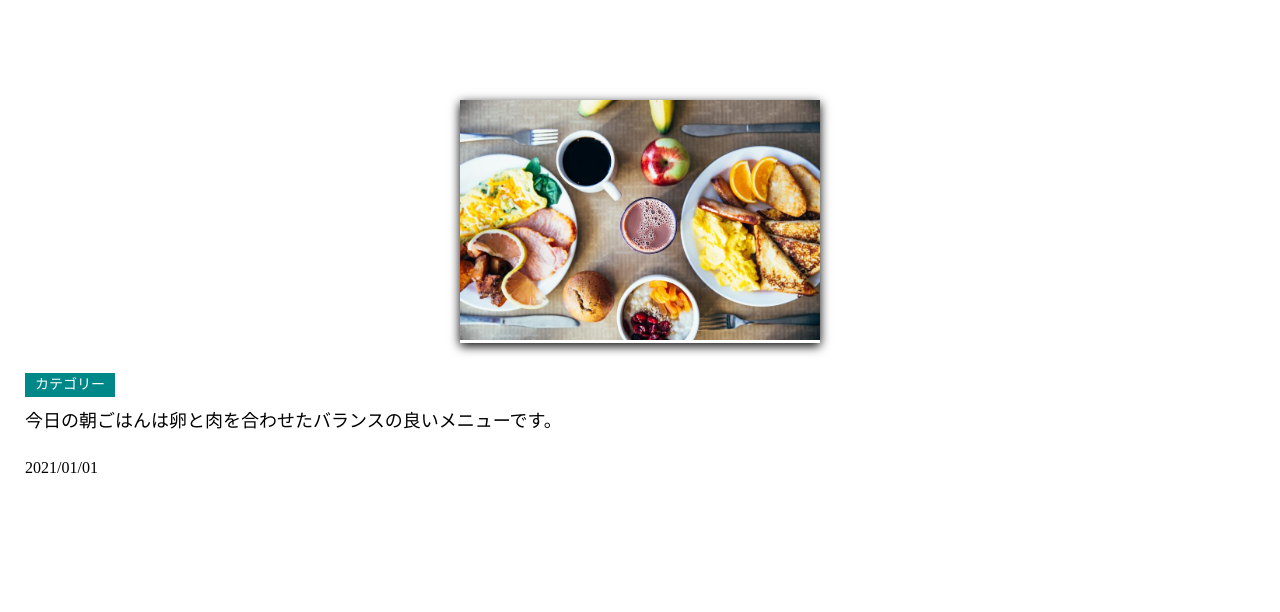
Repository: yosuke257/20231104_watanabe_css
Page: coachtech/html-css/index.html
An editor plug-in stored every save of this project. The page is shown before and after the next save, followed by the edit.
The browser window is 1280 px wide. The pictures show the whole page.

Above is the page before, as saved 2023-10-23 00:33:38.

After the next save:
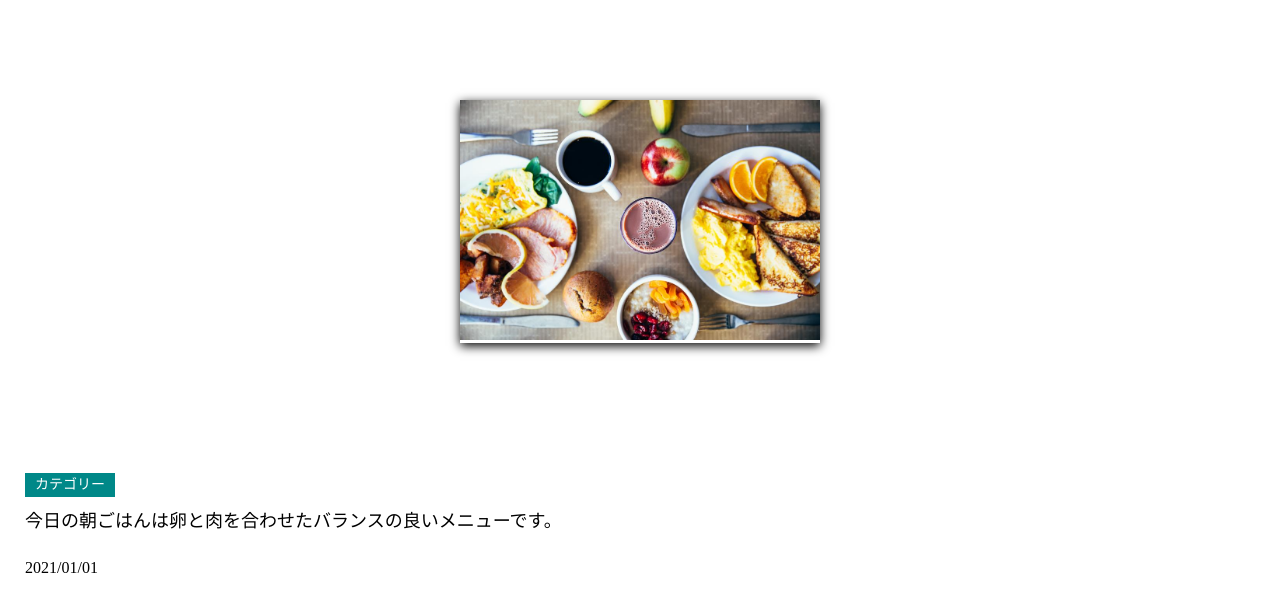
Saved 18 s later.
--- a/coachtech/html-css/css/style.css
+++ b/coachtech/html-css/css/style.css
@@ -10,7 +10,7 @@
 
 .card__content {
     padding: 15px 25px;
-    margin: ;
+    margin: 100px auto;
 }
 
 .card__content-cat {

After the save that followed:
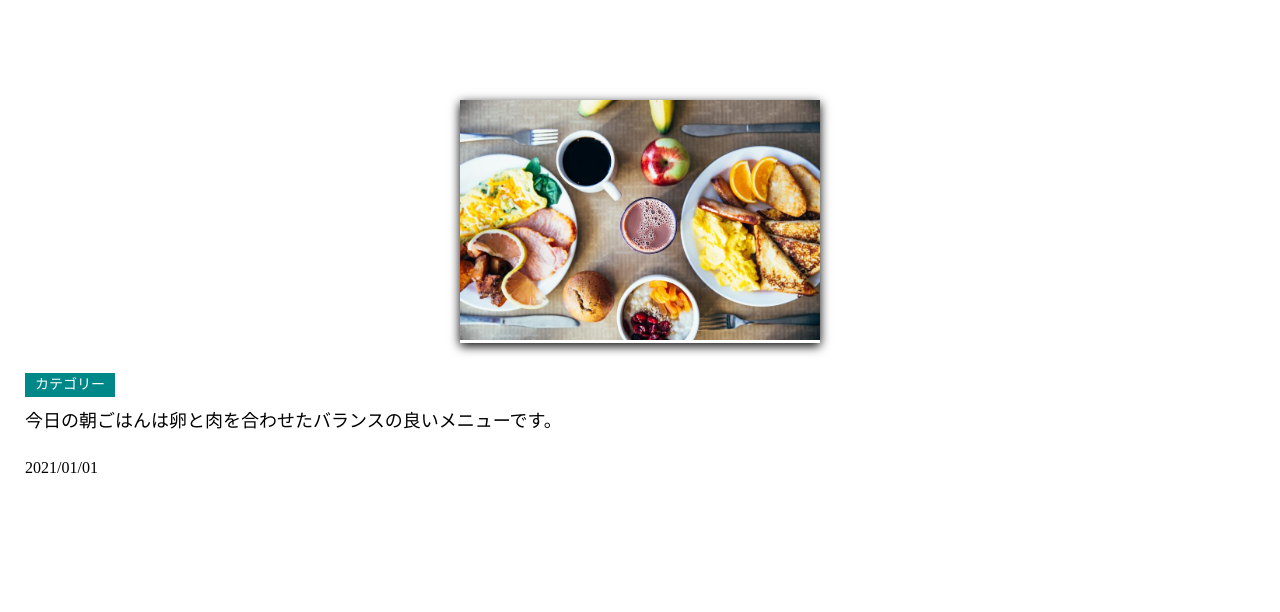
Saved 79 s later.
--- a/coachtech/html-css/css/style.css
+++ b/coachtech/html-css/css/style.css
@@ -10,7 +10,8 @@
 
 .card__content {
     padding: 15px 25px;
-    margin: 100px auto;
+    margin-left: auto;
+    margin-right: auto;
 }
 
 .card__content-cat {
